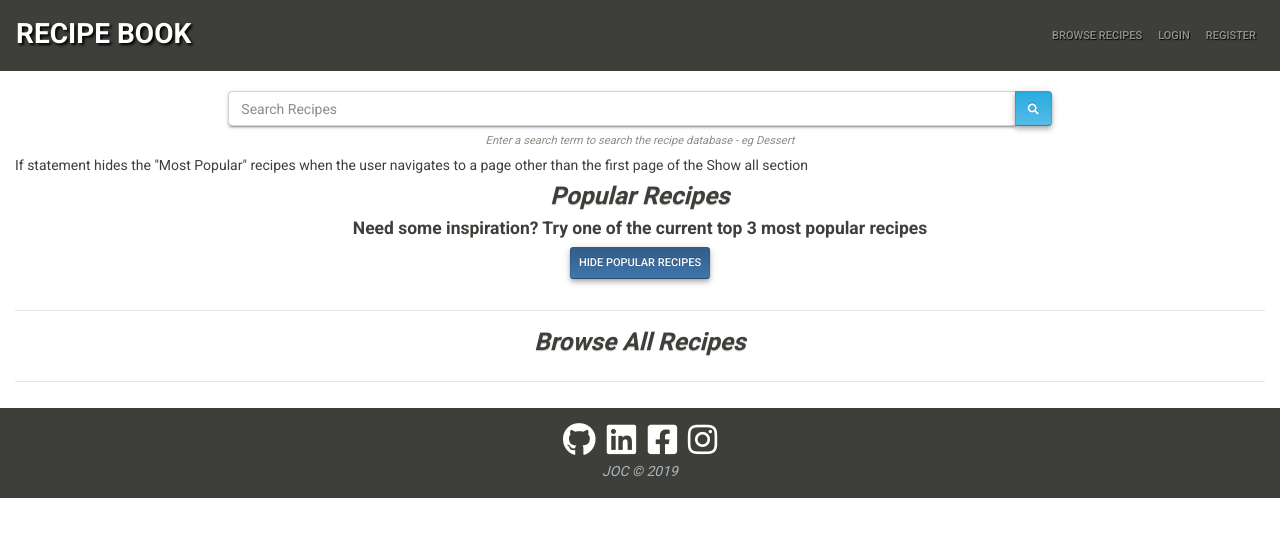
Repository: johnnycistudent/recipe-app
Page: http://localhost/get_recipes
The author's editor kept a record of every edit. The page is drawn from the files as they stood at one moment, then again after the next edit.
The browser window is 1280 px wide. The pictures show the whole page.
Some web libraries are served in a nearby version. The page is served by the project's application, run on Flask 3 (app.py). Queries for data that is not in the repository find no rows.

Above is the page before.

### templates/showall.html
{% extends 'base.html' %} {% block content %}

<div class="container-fluid">

    <!-- SEARCH BOX -->

    <div class="row">
        <div class="col-12 col-sm-8 offset-sm-2">

            <!-- Search Query Input Field -->
            <form class="recipe-search input-group" action="{{ url_for('search', word_search=word_search, current_page=current_page) }}">
                <input type="text" class="form-control" placeholder="Search Recipes" id="word_search" name="word_search">

                <!-- Submit Search Query Button -->
                <div class="input-group-append">
                    <button class="btn btn-details" type="submit" name="action"><i class="fa fa-search"></i></button>
                </div>
            </form>

            <!-- Search Query Explanation Text -->
            <small class="form-text text-muted text-center" style="margin-bottom: 5px"><em>Enter a search term to search the recipe database - eg Dessert</em></small>
        </div>
    </div>

    <!-- /SEARCH BOX -->


    <!-- MOST POPULAR SECTION -->

    If statement hides the "Most Popular" recipes when the user navigates to a page other than the first page of the Show all section
    <div {% if current_page|int == 1 %} class="row popular" {% else %} class="d-none" {% endif %}>
        <div class="popular-header col-12 text-center">
            <h3><em>Popular Recipes</em></h3>

            <h5>Need some inspiration? Try one of the current top 3 most popular recipes</h5>
            <input type="button" class="btn btn-main btn-sm toggle-popular" value="Hide Popular Recipes">
        </div>

        {% for favourite in recommended%}

        <div class="col-sm-12 col-md-6 col-lg-4 mx-auto popular-card">
            <div class="card text-center">
                <div class="card-body text-center">

                    <!--Link to Most Popular Recipe Display on the Recipe Image -->
                    <a href="{{url_for('recipe_display', recipe_id=favourite._id.link)}}">

                        <!--If no photo link is added, a stock photo is used instead -->
                        {% if favourite._id.photo_url == "" %}
                        <img src="/static/images/backup.jpg" class="card-img-top" alt="{{favourite._id.recipe_name}}">
                        {% else %}

                        <!--Most Popular Recipe Image Display -->
                        <img src="{{favourite._id.photo_url}}" class="card-img-top" alt="{{favourite._id.recipe_name}}">
                        {% endif %}
                    </a>

                    <!--Most Popular Recipe Name-->
                    <h4 class="card-title"><a class="name-link" href="{{url_for('recipe_display', recipe_id=favourite._id.link)}}">{{favourite._id.recipe_name|title}}</a></h4>

                    <div class="row card-details-wrapper">

                        <!--Most Popular Recipe Servings -->
                        <div class="card-details col-6 ">
                            <span class="recipe-icon"><i class="fas fa-user fa-2x"></i></span>
                            <span class="recipe-input"> {{ favourite._id.servings }} </span>
                            <span class="recipe-variable">Servings</span>
                        </div>

                        <!--Most Popular Recipe Preptime -->
                        <div class="card-details col-6 ">
                            <span class="recipe-icon"><i class="fas fa-clock fa-2x"></i></span>
                            <span class="recipe-input">{{ favourite._id.preptime }}</span>
                            <span class="recipe-variable">Minutes</span>
                        </div>

                        <!--Most Popular Recipe Calories -->
                        <div class="card-details col-6 offset-3 ">
                            <span class="recipe-icon"><i class="fas fa-burn fa-2x"></i></span>
                            <span class="recipe-input">{{ favourite._id.calories }}</span>
                            <span class="recipe-variable">Calories</span>
                        </div>
                        <p>{{ favourite.number }}</p>
                    </div>

                    <hr>

                     <!--Most Popular Full Recipe View Button -->
                    <a href="{{url_for('recipe_display', recipe_id=favourite._id.link)}}" class="btn btn-main modal-trigger">View Full Recipe</a>
                </div>
            </div>
        </div>
    {% endfor %}
    </div>

    <!-- /MOST POPULAR SECTION -->


    <hr>

    <!-- BROWSE ALL RECIPES SECTION -->
    <h3><em>Browse All Recipes</em></h3>
    <div class="row">

        {% for recipe in recipes %}
        <div class="col-sm-12 col-md-6 col-lg-4 mx-auto">

            <div class="card text-center">
                <div class="card-body text-center">

                    <!-- Link to Recipe Display on the Recipe Image -->
                    <a href="{{url_for('recipe_display', recipe_id=recipe._id)}}">

                        <!-- If no photo link is added, a stock photo is used instead -->
                        {% if recipe.photo_url == "" %}
                        <img src="/static/images/backup.jpg" class="card-img-top" alt="{{recipe.recipe_name}}">
                        {% else %}

                        <!-- Recipe Image Display -->
                        <img src="{{recipe.photo_url}}" class="card-img-top" alt="{{recipe.recipe_name}}">
                        {% endif %}
                    </a>

                    <!-- Recipe Name-->
                    <h4 class="card-title"><a class="name-link" href="{{url_for('recipe_display', recipe_id=recipe._id)}}">{{recipe.recipe_name|title}}</a></h4>
                    <hr>

                    <div class="row card-details-wrapper">

                        <!-- Recipe Servings -->
                        <div class="card-details col-6 ">
                            <span class="recipe-icon"><i class="fas fa-user fa-2x"></i></span>
                            <span class="recipe-input"> {{recipe.servings}} </span>
                            <span class="recipe-variable">Servings</span>
                        </div>

                        <!-- Recipe Preptime -->
                        <div class="card-details col-6 ">
                            <span class="recipe-icon"><i class="fas fa-clock fa-2x"></i></span>
                            <span class="recipe-input">{{recipe.preptime}}</span>
                            <span class="recipe-variable">Minutes</span>
                        </div>

                        <!-- Recipe Calories -->
                        <div class="card-details col-6 offset-3 ">
                            <span class="recipe-icon"><i class="fas fa-burn fa-2x"></i></span>
                            <span class="recipe-input">{{recipe.calories}}</span>
                            <span class="recipe-variable">Calories</span>
                        </div>
                    </div>

                    <hr>

                    <!-- View Full Recipe Button -->
                    <a href="{{url_for('recipe_display', recipe_id=recipe._id)}}" class="btn btn-main modal-trigger">View Full Recipe</a>
                </div>
            </div>
        </div>
        {% endfor %}

    </div>

    <!-- /BROWSE ALL RECIPES SECTION -->

        <hr>

        <!-- PAGINATION CONTROLS -->

        <nav aria-label="Page navigation" class="col-lg-6 offset-lg-3">

        <ul class="pagination pagination-sm justify-content-center">

            <!-- If the current page is the first page in the Recipes collection, the Previous Button is hidden -->
            <li {% if current_page|int == 1 %} class="d-none" {% else %} class="page-item"{% endif %}>

                <!-- Previous Button Link -->
                <a class="page-link" {% if current_page|int > 1 %} href="{{ url_for('get_recipes', current_page=current_page|int -1 ) }}" {% endif %}tabindex="-1">Previous</a>

            </li>

            <!-- Current Page -->
            {% for page_number in pages %} {% if page_number == current_page %}
            <li class="page-item active"><a class="page-link">{{ page_number }}</a></li>
            {% else %}
            <!-- Links to the other pages in the results -->
            <li class="page-item"><a class="page-link" href="{{ url_for('get_recipes', current_page=page_number) }}">{{ page_number }}</a></li>
            {% endif %} {% endfor %}

            <!-- If the page is the last page in the Recipes collection, the Next Button will be hidden -->
            <li {% if current_page|int >= total_page_no|int %} class="d-none"  {% else %}  class="page-item" {% endif %}>

                <!-- Next Button Link -->
                <a class="page-link" {% if current_page|int < total_page_no|int %} href="{{ url_for('get_recipes', current_page=current_page|int +1 ) }}" {% endif %}>Next</a>

            </li>

        </ul>
        </nav>

    <!-- /PAGINATION CONTROLS -->



</div>
{% endblock %}

### templates/base.html
<html>

<head>
    <!-- Required meta tags -->
    <meta charset="utf-8">
    <meta name="viewport" content="width=device-width, initial-scale=1, shrink-to-fit=no">

    <!--Font Awesome 5.7.2 CDN Link-->
    <link rel="stylesheet" href="https://use.fontawesome.com/releases/v5.8.1/css/all.css" integrity="sha384-50oBUHEmvpQ+1lW4y57PTFmhCaXp0ML5d60M1M7uH2+nqUivzIebhndOJK28anvf" crossorigin="anonymous">
    <!--Bootstrap 4.1.3 CSS CDN Link-->
    <link rel="stylesheet" href="https://stackpath.bootstrapcdn.com/bootstrap/4.3.1/css/bootstrap.min.css" integrity="sha384-ggOyR0iXCbMQv3Xipma34MD+dH/1fQ784/j6cY/iJTQUOhcWr7x9JvoRxT2MZw1T" crossorigin="anonymous">
    <!-- Google Fonts Link -->
    <link href="https://fonts.googleapis.com/css?family=Open+Sans:400,400i,700|Roboto+Slab" rel="stylesheet">
    <!-- Stylesheets -->
    <!--Bootswatch Sandstone Link -->
    <link rel="stylesheet" href="{{url_for('static', filename='css/bootstrap.min.css')}}" type="text/css" />
    <!--My Css Link-->
    <link rel="stylesheet" href="{{url_for('static', filename='css/style.css')}}" type="text/css" />
    <!----------Favicon Link------->
    <link rel="shortcut icon" href="{{url_for('static', filename='images/cookbook.png')}}" type="image/x-icon" />
    <title>Recipe Book</title>
</head>

<body>

    <!--- NAVBAR from Bootstrap/Bootswatch  --->
    <nav class="navbar navbar-expand-lg navbar-dark bg-primary">

        <!--- Brand Name  --->
        <a class="navbar-brand" href="{{url_for('get_recipes')}}">RECIPE BOOK</a>
        <button class="navbar-toggler" type="button" data-toggle="collapse" data-target="#navbarNavDropdown" aria-controls="navbarNavDropdown" aria-expanded="false" aria-label="Toggle navigation">
        <span class="navbar-toggler-icon"></span>
        </button>
        <div class="collapse navbar-collapse ml-auto" id="navbarNavDropdown">
            <ul class="navbar-nav ml-auto active">

                <!--- Browse Recipes Link  --->
                <li class="nav-item">
                    <a class="nav-link" href="{{url_for('get_recipes')}}">Browse Recipes</a>
                </li>

                <!--- If the User is signed in, they will see the below navbar links  --->
                {% if session.user %}

                <!--- User Recipes Link  --->
                <li class="nav-item">
                    <a class="nav-link" href="{{url_for('profile', user=session.user)}}">My Recipes</a>
                </li>

                <!--- User Favourite Recipes Link  --->
                <li class="nav-item">
                    <a class="nav-link" href="{{url_for('my_favourites', user=session.user)}}">My Favourites</a>
                </li>

                <!--- Add a New Recipe Link  --->
                <li class="nav-item">
                    <a class="nav-link" href="{{url_for('add_recipe')}}">Add Recipe</a>
                </li>

                <!--- If the User is the Admin(named "admin"), they will see the below navbar link  --->
                {% if session.user == "admin" %}

                <!--- Admin Reports Link  --->
                <li class="nav-item">
                    <a class="nav-link" href="{{url_for('admin')}}">Admin Area</a>
                </li>
                {% endif %}

                <!--- Log Out Link  --->
                <li class="nav-item">
                    <a class="nav-link" href="{{url_for('logout')}}">Log Out</a>
                </li>



                <!--- If the User is not signed in, they will see the below navbar links  --->

                {% else %}

                <!--- Login Link  --->
                <li class="nav-item">
                    <a class="nav-link" href="{{url_for('login')}}">Login</a>
                </li>

                <!--- Register Link  --->
                <li class="nav-item">
                    <a class="nav-link" href="{{url_for('register')}}">Register</a>
                </li>
                {% endif %}

            </ul>
        </div>
    </nav>

    <!--- /NAVBAR from Bootstrap/Bootswatch  --->


    <!--- ALERTS CONTAINER --->
    <!--- Taken and modified from Miroslav Svec's (username Miro) sessions from Slack DCD channel --->
    <div class="container-fluid">
        <div id="alerts">
            <div class="row justify-content-center ">
                <div id="messages " class="col-8 ">

                    {% with messages = get_flashed_messages() %} {% if messages %} {% for message in messages %}
                    <div class="alert alert-warning ">
                        <button type="button" class="close" data-dismiss="alert" aria-label="Close">&times;</button>
                        <p class="text-center ">{{ message }}</p>
                    </div>
                    {% endfor %} {% endif %} {% endwith %}
                </div>
            </div>
        </div>
    </div>
    <!--- /ALERTS CONTAINER --->



    {% block content %} {% endblock %}

    <!--- FOOTER --->
    <footer class="footer d-flex mt-auto">
        <div class="container-fluid text-center ">
            <div class="text-center center-block ">
                <br />
                <!--- Social Media Links --->
                <a href="https://github.com/johnnycistudent " target="_blank "><i id="social-gh " class="fab fa-github fa-3x social "></i></a>
                <a href="https://www.linkedin.com/in/john-o-connor-527904170/ " target="_blank "><i id="social-li " class="fab fa-linkedin fa-3x social "></i></a>
                <a href="https://www.facebook.com/john.oconnor.3139 " target="_blank "><i id="social-fb " class="fab fa-facebook-square fa-3x social "></i></a>
                <a href="https://www.instagram.com/johnnyoco/ " target="_blank "><i id="social-in " class="fab fa-instagram fa-3x social "></i></a>
                <!--- /Social Media Links --->
            </div>
            <div class="copyright ">
                <span style="font-style:italic ">JOC © 2019</span>
            </div>
        </div>
    </footer>
    <!--- /FOOTER --->


    <!-- SCRIPTS -->

    <script src="https://code.jquery.com/jquery-3.4.1.min.js" integrity="sha256-CSXorXvZcTkaix6Yvo6HppcZGetbYMGWSFlBw8HfCJo=" crossorigin="anonymous"></script>
    <script src="https://cdnjs.cloudflare.com/ajax/libs/popper.js/1.14.7/umd/popper.min.js" integrity="sha384-UO2eT0CpHqdSJQ6hJty5KVphtPhzWj9WO1clHTMGa3JDZwrnQq4sF86dIHNDz0W1" crossorigin="anonymous"></script>
    <script src="https://stackpath.bootstrapcdn.com/bootstrap/4.3.1/js/bootstrap.min.js" integrity="sha384-JjSmVgyd0p3pXB1rRibZUAYoIIy6OrQ6VrjIEaFf/nJGzIxFDsf4x0xIM+B07jRM" crossorigin="anonymous"></script>
    <script src="{{ url_for( 'static', filename='js/main.js' ) }}"></script>

    <!-- /SCRIPTS -->

</body>

</html>

Loaded but not shown: static/css/bootstrap.min.css (library); static/js/main.js (49 lines, source omitted); app.py (504 lines, source omitted); static/css/style.css (648 lines, source omitted)

After the next edit:
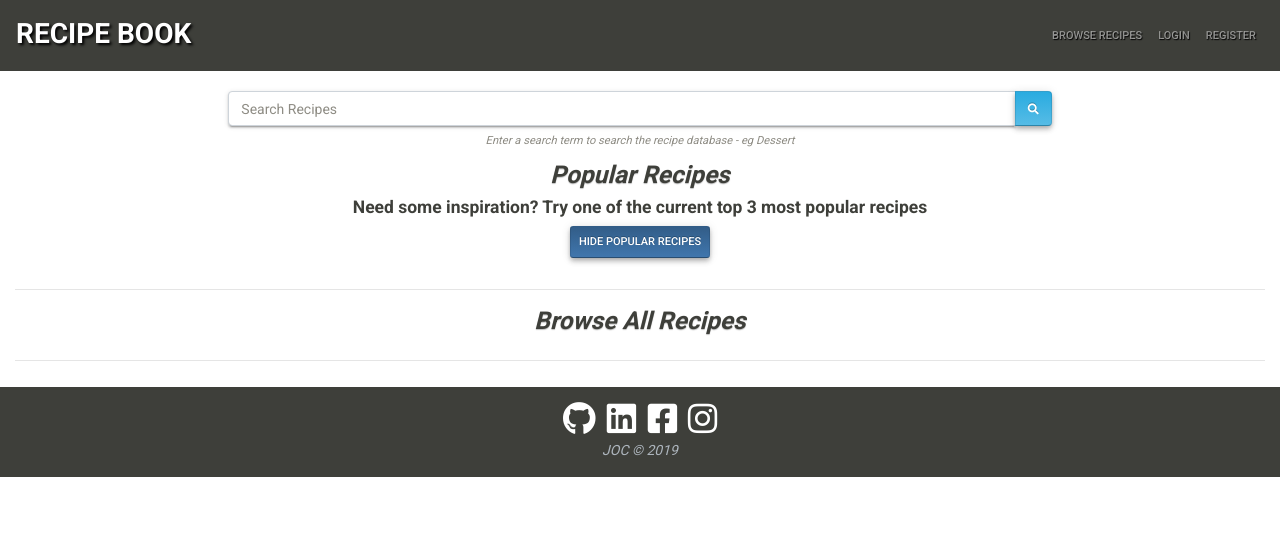
The edit:
--- a/templates/showall.html
+++ b/templates/showall.html
@@ -27,7 +27,7 @@
 
     <!-- MOST POPULAR SECTION -->
 
-    If statement hides the "Most Popular" recipes when the user navigates to a page other than the first page of the Show all section
+    <!--If statement hides the "Most Popular" recipes when the user navigates to a page other than the first page of the Show all section -->
     <div {% if current_page|int == 1 %} class="row popular" {% else %} class="d-none" {% endif %}>
         <div class="popular-header col-12 text-center">
             <h3><em>Popular Recipes</em></h3>
